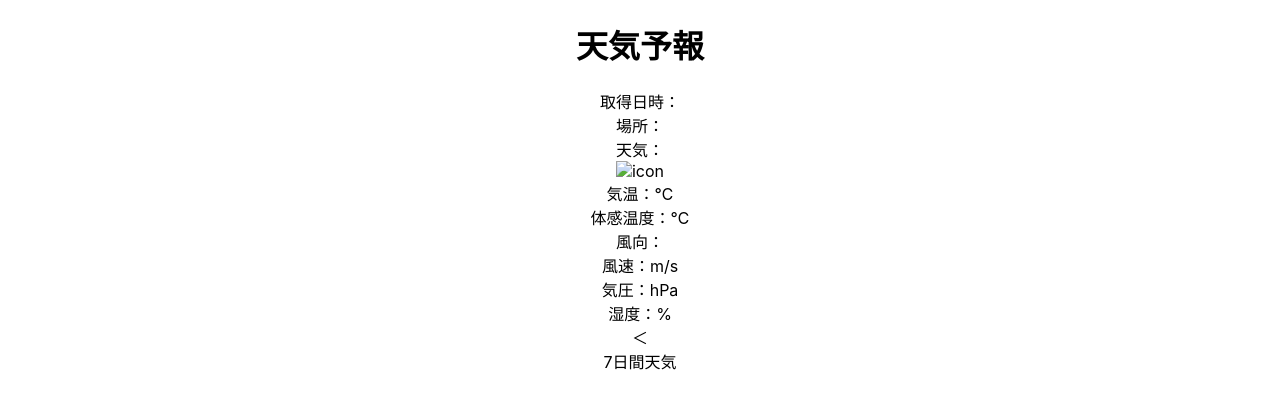
Repository: IshigureTomoki/weather-app
Page: /
These files come from the project's save history. The page is drawn as it stood at one moment and after the next save; the edit follows.
The browser window is 1280 px wide. The pictures show the whole page.
The page's requests for data from a server got no answer. The project was rebuilt for these pictures with package versions that can differ from the ones it lists, and the page was loaded fresh each time. No one was signed in, and anything a server would have sent is missing.

Above is the page before, as saved 2022-02-17 14:59:36.

After the next save:
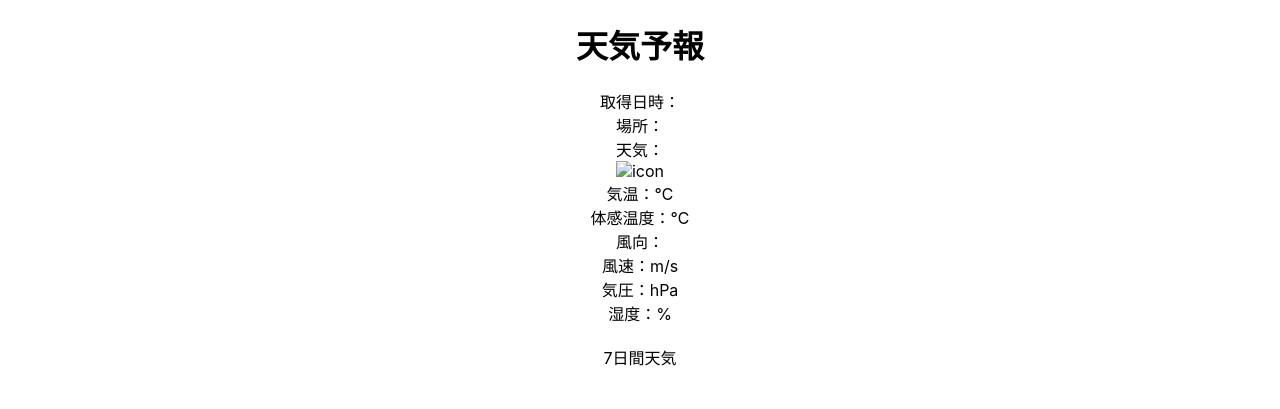
Saved 5 s later.
--- a/src/App.tsx
+++ b/src/App.tsx
@@ -111,7 +111,7 @@ function App() {
       <div>風速：{weatherReport?.wind_speed}m/s</div>
       <div>気圧：{weatherReport?.pressure}hPa</div>
       <div>湿度：{weatherReport?.humidity}%</div>
-      ＜
+      <br></br>
       <div>7日間天気</div>
       {weatherDailyReports.map((report) => (
         <>
